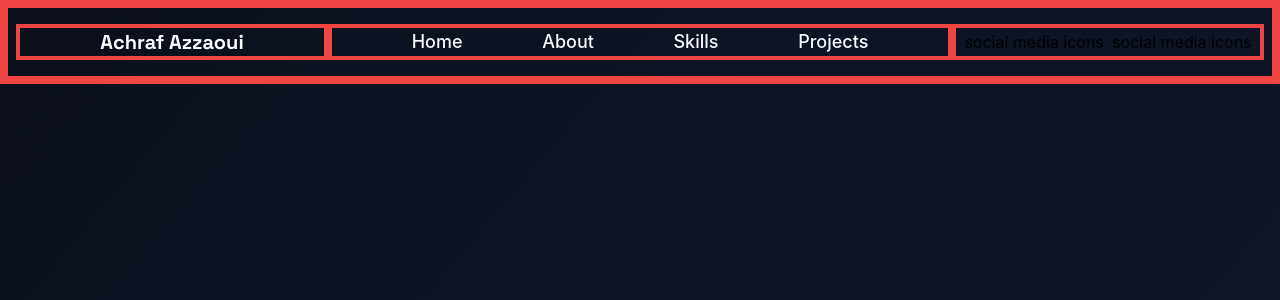
Repository: AchrafAzzaoui/Portfolio-Website
Page: / (app in achrafs-portfolio/)
These files come from the project's save history. The page is drawn as it stood at one moment and after the next save; the edit follows.
The browser window is 1280 px wide. The pictures show the whole page.
Some web fonts or font styles are not loaded; a fallback is used. The project was rebuilt for these pictures with package versions that can differ from the ones it lists, and the page was loaded fresh each time. Also part of the build but not shown: achrafs-portfolio/vite.config.ts.

Above is the page before, as saved 2025-01-02 21:39:49.

After the next save:
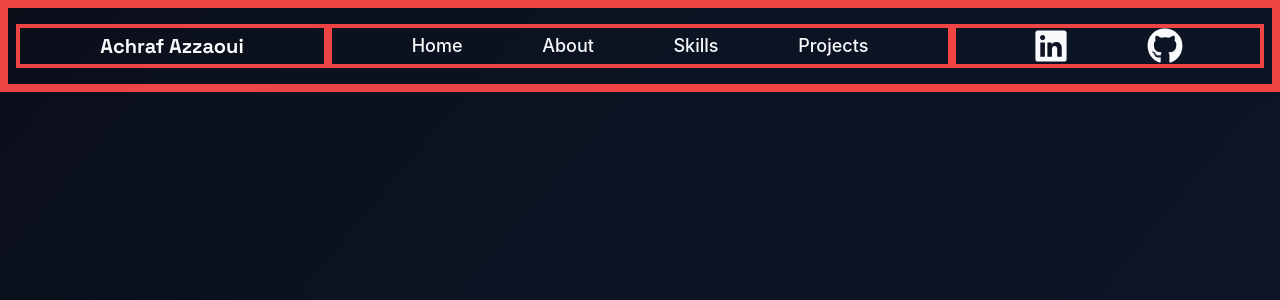
Saved 47 s later.
--- a/achrafs-portfolio/src/components/layout/Header.tsx
+++ b/achrafs-portfolio/src/components/layout/Header.tsx
@@ -1,5 +1,6 @@
 import { useState } from "react";
 import { RxLinkedinLogo } from "react-icons/rx";
+import { FaGithub } from "react-icons/fa";
 
 export default function Header() {
   const [isMenuOpen, setIsMenuOpen] = useState(false);
@@ -37,8 +38,8 @@ export default function Header() {
           </a>
         </div>
         <div className="basis-1/4 flex-auto flex justify-evenly items-center border-4 border-red-500">
-          <h1>social media icons</h1>
-          <h1>social media icons</h1>
+          <RxLinkedinLogo className="text-4xl text-dark-text-primary" />
+          <FaGithub className="text-4xl text-dark-text-primary" />
         </div>
       </nav>
     </header>
